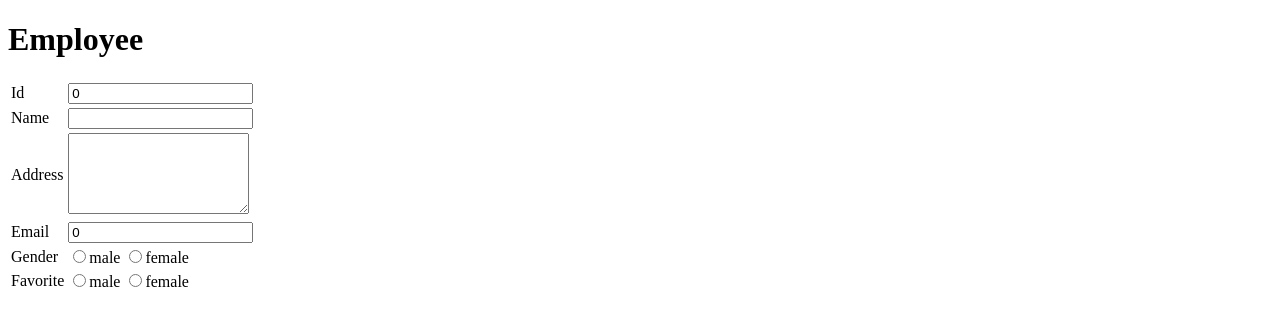
Repository: kubon9xhd/SpringMVC
Page: http://localhost/spring-excercise-6/insert
The author's editor kept a copy of each file at every save. The page is drawn from the files as they stood at one save, then again after the next save.
The browser window is 1280 px wide. The pictures show the whole page.
The page is served by Tomcat 9.

Above is the page before, as saved 2021-06-06 15:15:02.

After the next save:
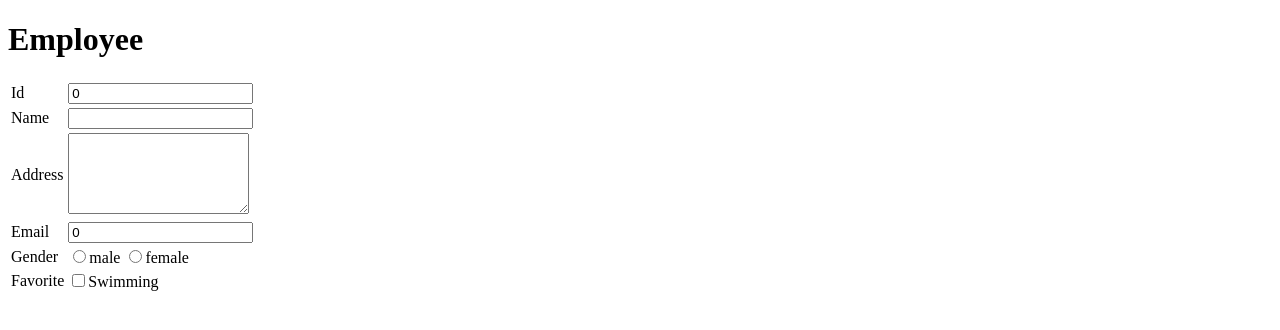
Saved 40 s later.
--- a/spring-excercise-6/src/main/webapp/WEB-INF/views/employee/insert.jsp
+++ b/spring-excercise-6/src/main/webapp/WEB-INF/views/employee/insert.jsp
@@ -35,8 +35,7 @@
 			<tr>
 				<td><form:label path="favorites">Favorite</form:label></td>
 				<td>
-					<form:radiobutton path="gender" value="male" label="male" />
-					<form:radiobutton path="gender" value="female" label="female" />
+					<form:checkbox path="favorites" value="Swimming" label="Swimming"/>
 				</td>
 			</tr>
 		</table>
